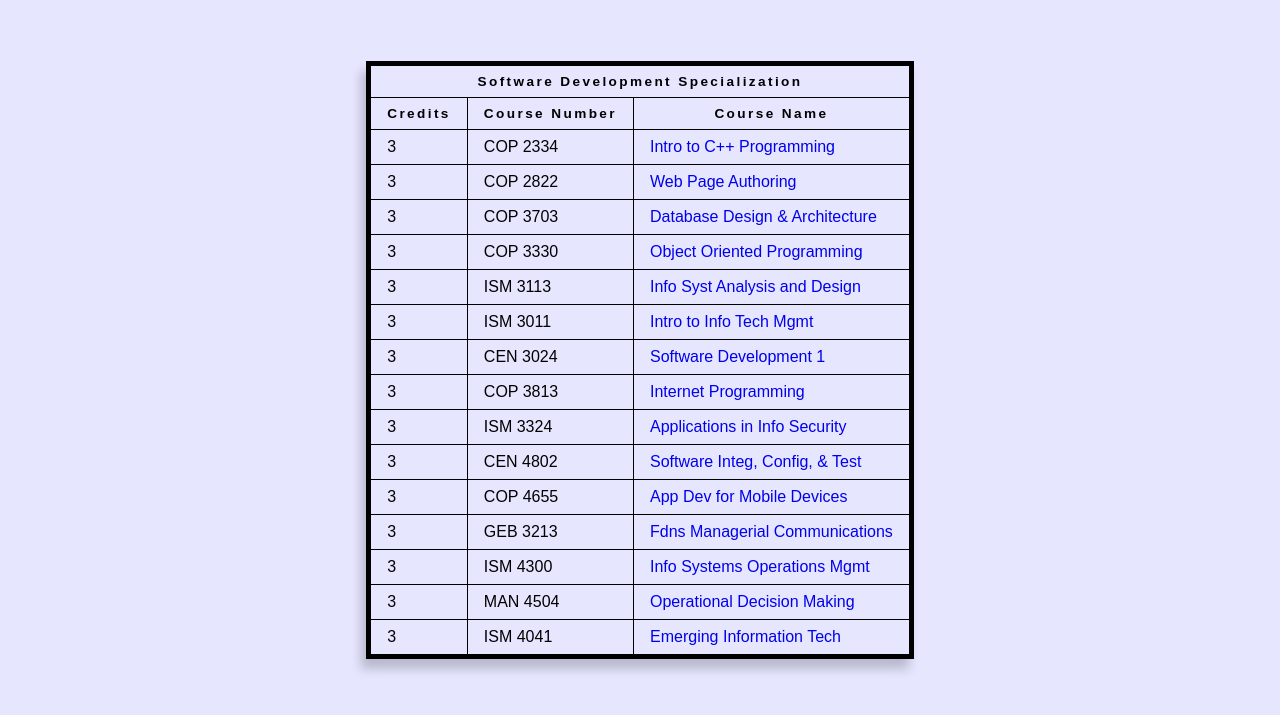
Repository: mlmEFSC21/P5-DegreeTableStyling
Page: FormattedProgramSpecialization3.html
These files come from the project's save history. The page is drawn as it stood at one moment and after the next save; the edit follows.
The browser window is 1280 px wide. The pictures show the whole page.
Some web fonts or font styles are not loaded; a fallback is used.

Above is the page before, as saved 2022-02-07 15:39:41.

After the next save:
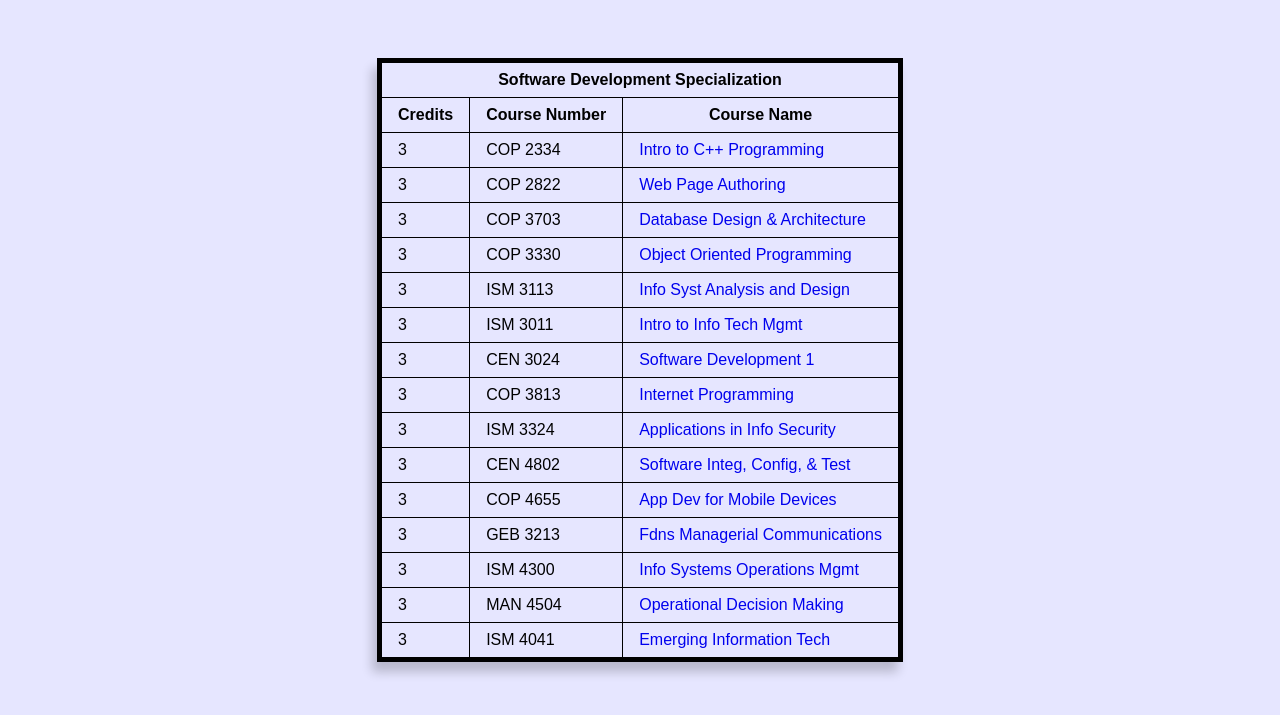
Saved 39 s later.
--- a/tableStyles.css
+++ b/tableStyles.css
@@ -29,11 +29,11 @@ table {
     border: 5px solid black;
     padding: 0.25rem;
 }
-thead {
+/* thead {
     letter-spacing: 0.15rem;
     font-size: 0.85rem;
     font-weight: 900;
-}
+} */
 th:first-child {
     font-size: 36;
     font-weight: bold;
